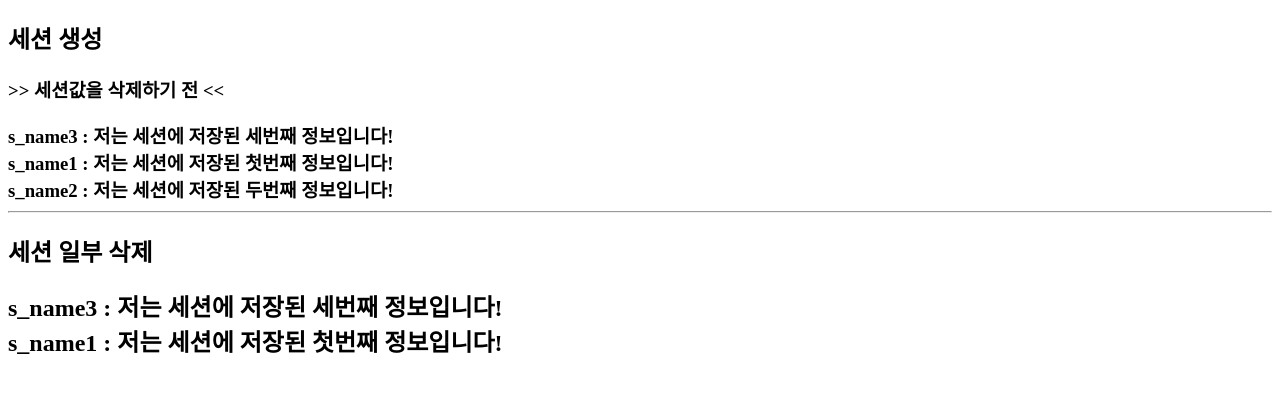
Repository: uhhuhhmm/JSP-Servlet-Class
Page: http://localhost/web02/removeAttribute.jsp
An editor plug-in stored every save of this project. The page is shown before and after the next save, followed by the edit.
The browser window is 1280 px wide. The pictures show the whole page.
The page is served by Tomcat 9.

Above is the page before, as saved 2022-07-14 02:03:05.

After the next save:
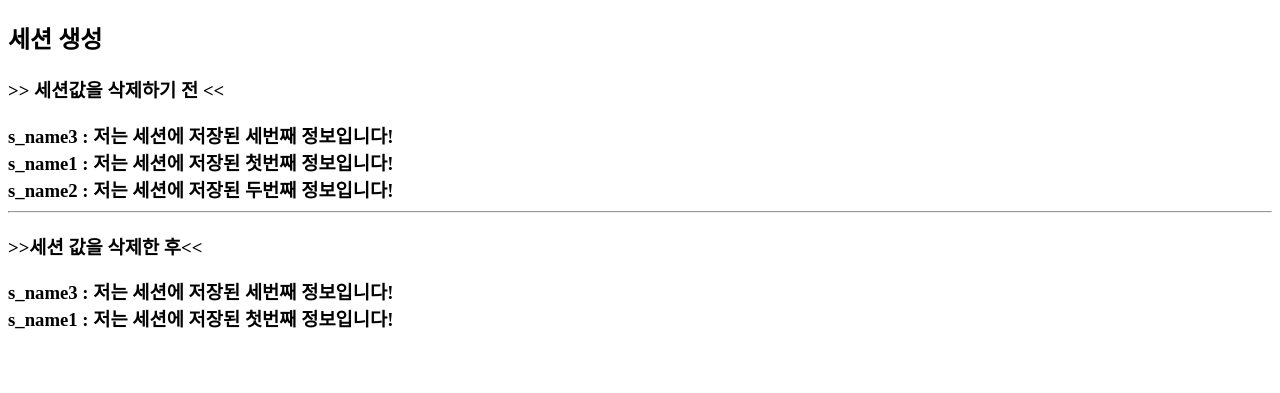
Saved 26 s later.
--- a/web02/WebContent/removeAttribute.jsp
+++ b/web02/WebContent/removeAttribute.jsp
@@ -25,7 +25,7 @@
 
    // 이름을 지정하여 세션에 저장된 객체를 제거합니다.
    session.removeAttribute("s_name2");
-   out.println("<hr><h2>세션 일부 삭제<h2>");
+   out.println("<hr><h3>>>세션 값을 삭제한 후<<<h3>");
    names = session.getAttributeNames();
    while(names.hasMoreElements()){
       String name = names.nextElement().toString();
